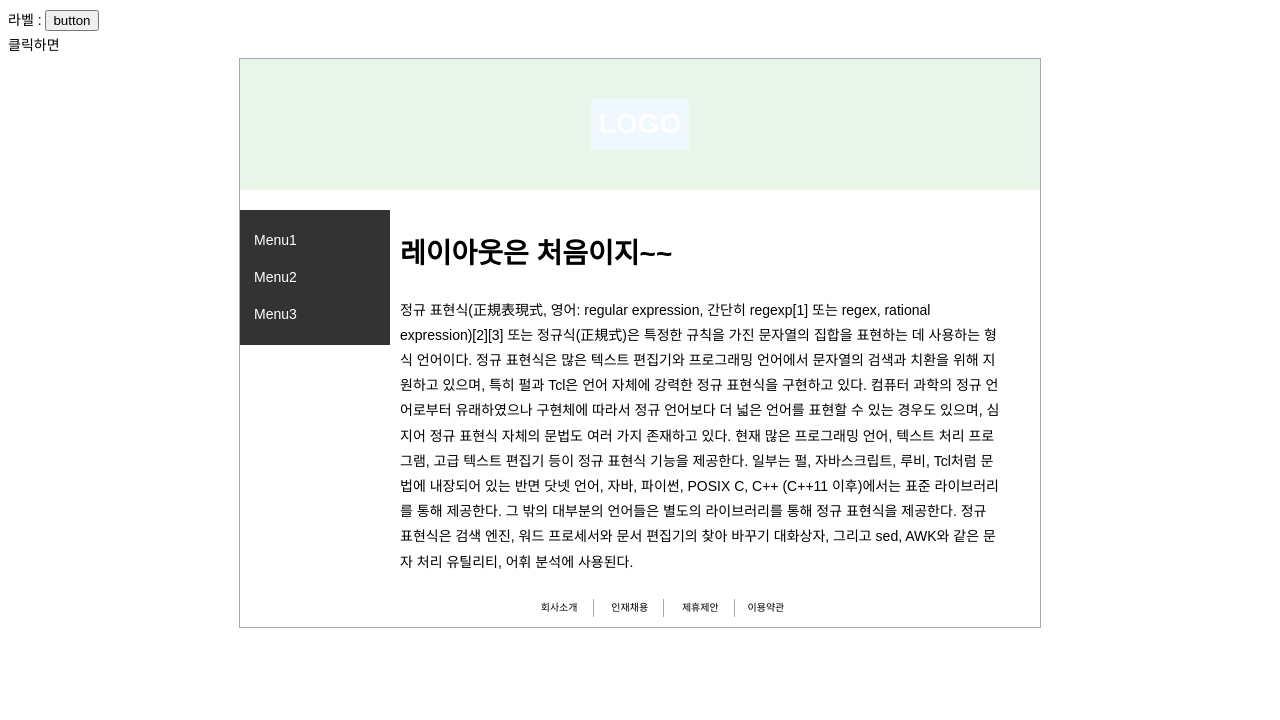
Repository: hsaar/jsworkplace
Page: http://localhost/testjsp/jsp/login.jsp
The author's editor kept a copy of each file at every save. The page is drawn from the files as they stood at one save, then again after the next save.
The browser window is 1280 px wide. The pictures show the whole page.
The page is served by Tomcat 9.

Above is the page before, as saved 2025-08-21 02:04:12.
Console error: SyntaxError: Unexpected token 'var'

### testjsp/src/main/webapp/jsp/login.jsp
<%@ page language="java" contentType="text/html; charset=UTF-8"
	pageEncoding="UTF-8"%>
<!DOCTYPE html>
<html>
<head>
<meta charset="UTF-8">
<title>layout</title>
<style type="text/css">
	body{
		font:14px/1.8 Arial, Helvetica, sans-serif;

	}
	.frame{
		width:800px;
		margin : 0 auto;
		border: 1px solid #aaaaaa;
	}
	.header{
		padding : 40px 10px;
		text-align: center;
		background: #e8f5e9;
		margin-bottom: 20px;
	}
	.logo{
		font-size: 2em;
		font-weight: bold;
		background: #f0f8ff;
		color:#ffffff;
		display: inline-block;
		padding : 0 8px;
	}
	.container{
		overflow: hidden;
	}
	.nav{
		float: left;
		width: 150px;
		background: #333;
		color: #fff;
		margin-right: 0px;
	}
	.nav-list{
		list-style: none;
		margin: 0;
		padding: 10px 0;
	}
	.nav-item{
		margin: 4px;
	}
	.nav-link{
		display: block;
		text-decoration: none;
		color: #fff;
		padding: 4px 10px;
	}
	.nav-link:hover{
		background: #5457de;
	}
	.content{
		float: left;
		width: 600px;
		margin-left: 10px;
	}
	.foot{
		text-align: center;
		font-size: 10px;
	}
	.foot-list{
		list-style: none;
	}

	.foot-item{
		display: inline-block;
		margin: 0;
		padding : 0 15px;
		border-right: 1px solid #aaa;
	}
	.foot-itemend{
		display: inline-block;
		margin: 0;
		padding : 0 10px;
	}

</style>
<script type="text/javascript">
	var em = test01();

	function test01() {
		alert("문서 로딩시 바로 실행!");
	}

	document.write("<h1>스크립트에서 문서 출력</h1>");
	console.log("브라우저 콘솔에 출력됨");

	function test02(){
		alert("눌러짐!");
	}

	const var bt = document.getElementById("bt");
	bt.onclick = function(){
		alert("눌러짐!");
	}
</script>
</head>
<body>
<div>
	라벨 : <input type="button" name="t" value="button" onclick="test02()">
	<div id = "bt">클릭하면</div>

</div>


	<!-- flame start -->
	<div class="frame">
		<div class="header">
			<div class="logo">LOGO</div>
		</div>

		<div class="container">
			<div class="nav">
				<ul class = "nav-list">
					<li class = "nav-item"><a href="a" class = "nav-link">Menu1</a></li>
					<li class = "nav-item"><a href="b" class = "nav-link">Menu2</a></li>
					<li class = "nav-item"><a href="c" class = "nav-link">Menu3</a></li>
				</ul>
			</div>
			<div class="content">
				<h1>레이아웃은 처음이지~~</h1>
				<p>정규 표현식(正規表現式, 영어: regular expression, 간단히 regexp[1] 또는 regex,
					rational expression)[2][3] 또는 정규식(正規式)은 특정한 규칙을 가진 문자열의 집합을 표현하는 데
					사용하는 형식 언어이다. 정규 표현식은 많은 텍스트 편집기와 프로그래밍 언어에서 문자열의 검색과 치환을 위해 지원하고
					있으며, 특히 펄과 Tcl은 언어 자체에 강력한 정규 표현식을 구현하고 있다. 컴퓨터 과학의 정규 언어로부터 유래하였으나
					구현체에 따라서 정규 언어보다 더 넓은 언어를 표현할 수 있는 경우도 있으며, 심지어 정규 표현식 자체의 문법도 여러
					가지 존재하고 있다. 현재 많은 프로그래밍 언어, 텍스트 처리 프로그램, 고급 텍스트 편집기 등이 정규 표현식 기능을
					제공한다. 일부는 펄, 자바스크립트, 루비, Tcl처럼 문법에 내장되어 있는 반면 닷넷 언어, 자바, 파이썬, POSIX
					C, C++ (C++11 이후)에서는 표준 라이브러리를 통해 제공한다. 그 밖의 대부분의 언어들은 별도의 라이브러리를
					통해 정규 표현식을 제공한다. 정규 표현식은 검색 엔진, 워드 프로세서와 문서 편집기의 찾아 바꾸기 대화상자, 그리고
					sed, AWK와 같은 문자 처리 유틸리티, 어휘 분석에 사용된다.</p>
			</div>
		</div>

		<div class="foot">
			<ul class = "foot-list">
				<li class = "foot-item">회사소개</li>
				<li class = "foot-item">인재채용</li>
				<li class = "foot-item">제휴제안</li>
				<li class = "foot-itemend">이용약관</li>
			</ul>
		</div>

	</div>
	<!-- flame start -->
</body>
</html>

After the next save:
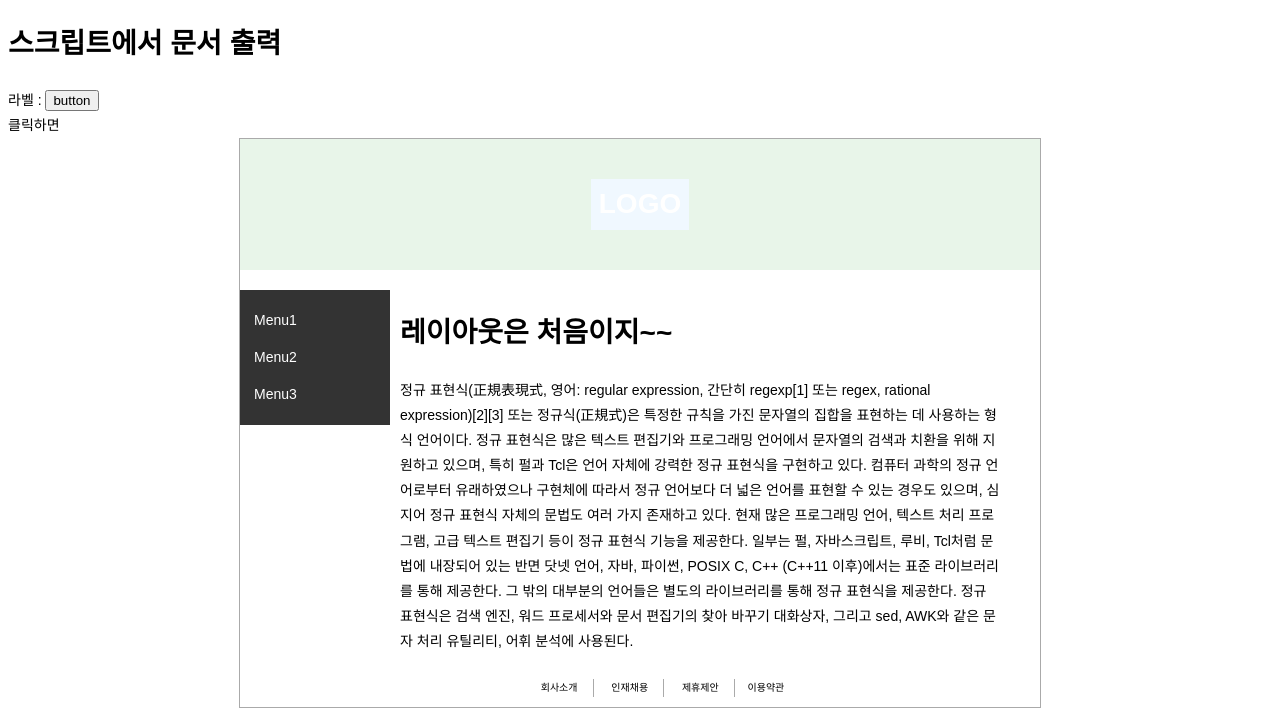
Saved 2 min 56 s later.
--- a/testjsp/src/main/webapp/jsp/login.jsp
+++ b/testjsp/src/main/webapp/jsp/login.jsp
@@ -96,16 +96,20 @@
 		alert("눌러짐!");
 	}
 
-	const var bt = document.getElementById("bt");
-	bt.onclick = function(){
-		alert("눌러짐!");
-	}
+
+
 </script>
 </head>
 <body>
 <div>
 	라벨 : <input type="button" name="t" value="button" onclick="test02()">
 	<div id = "bt">클릭하면</div>
+	<script>
+	const var bt = document.getElementById("bt");
+	bt.onclick = function(){
+		alert("눌러짐!");
+	}
+	</script>
 
 </div>
 
